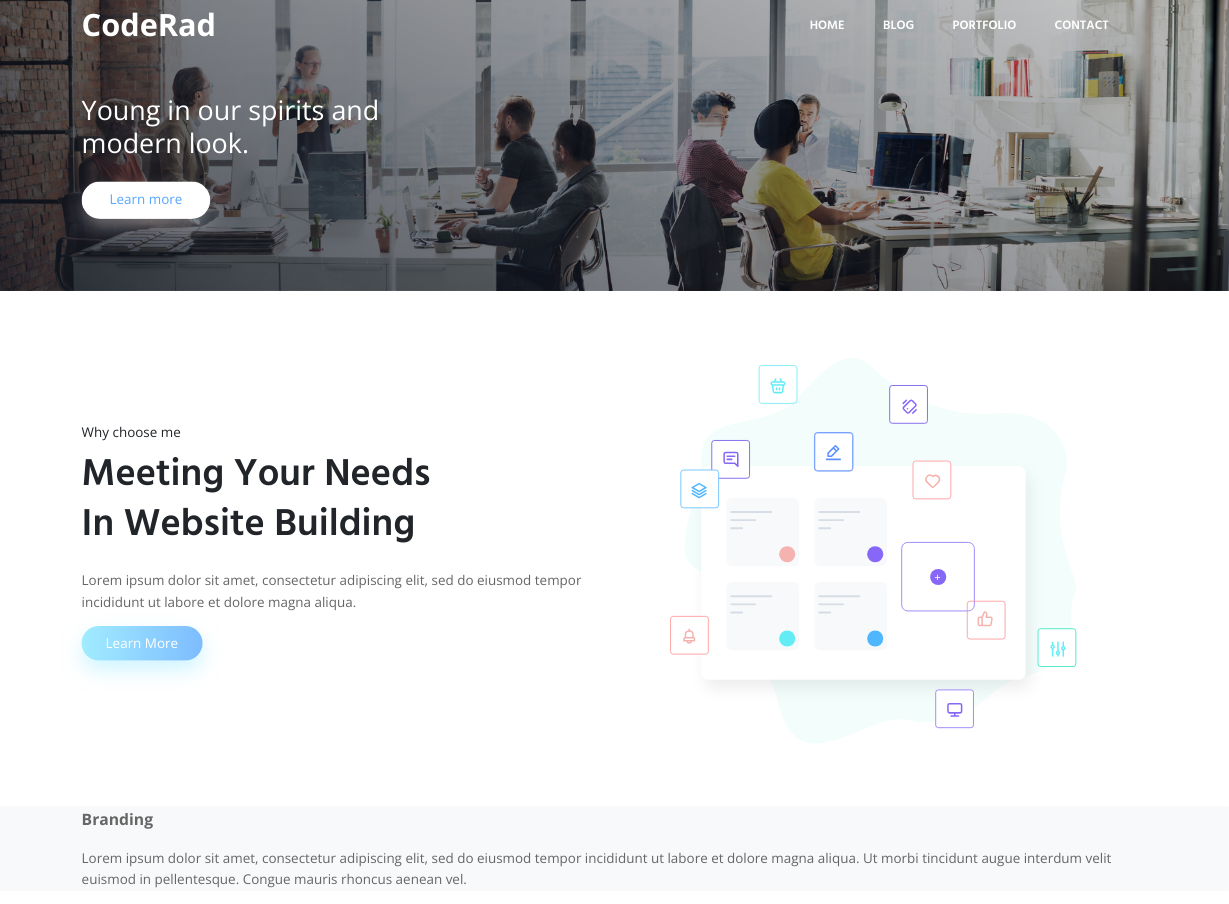
Repository: Sc-Juju/CodeRad
Page: index.html
These files come from the project's save history. The page is drawn as it stood at one moment and after the next save; the edit follows.
The browser window is 1280 px wide. The pictures show the whole page, at 96% of full size.

Above is the page before, as saved 2022-11-10 10:16:16.

After the next save:
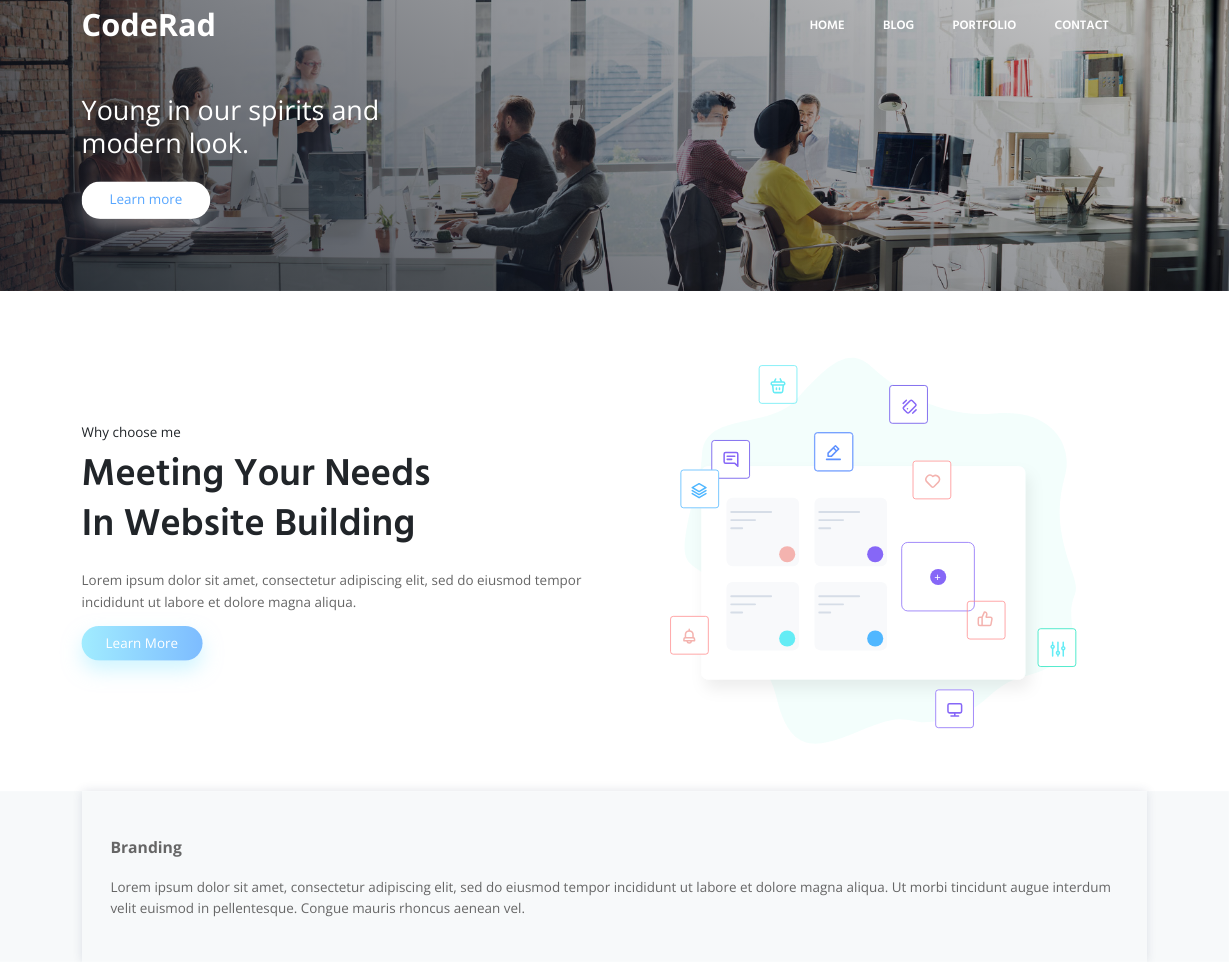
Saved 3 min 13 s later.
--- a/css/styles.css
+++ b/css/styles.css
@@ -88,3 +88,7 @@
 .bg-contrast{
     background-color: var(--contrast);
 }
+.service-card{
+    padding: var(--size-30);
+    box-shadow: 0 0 10px rgba(48, 63, 100, .15);
+}
